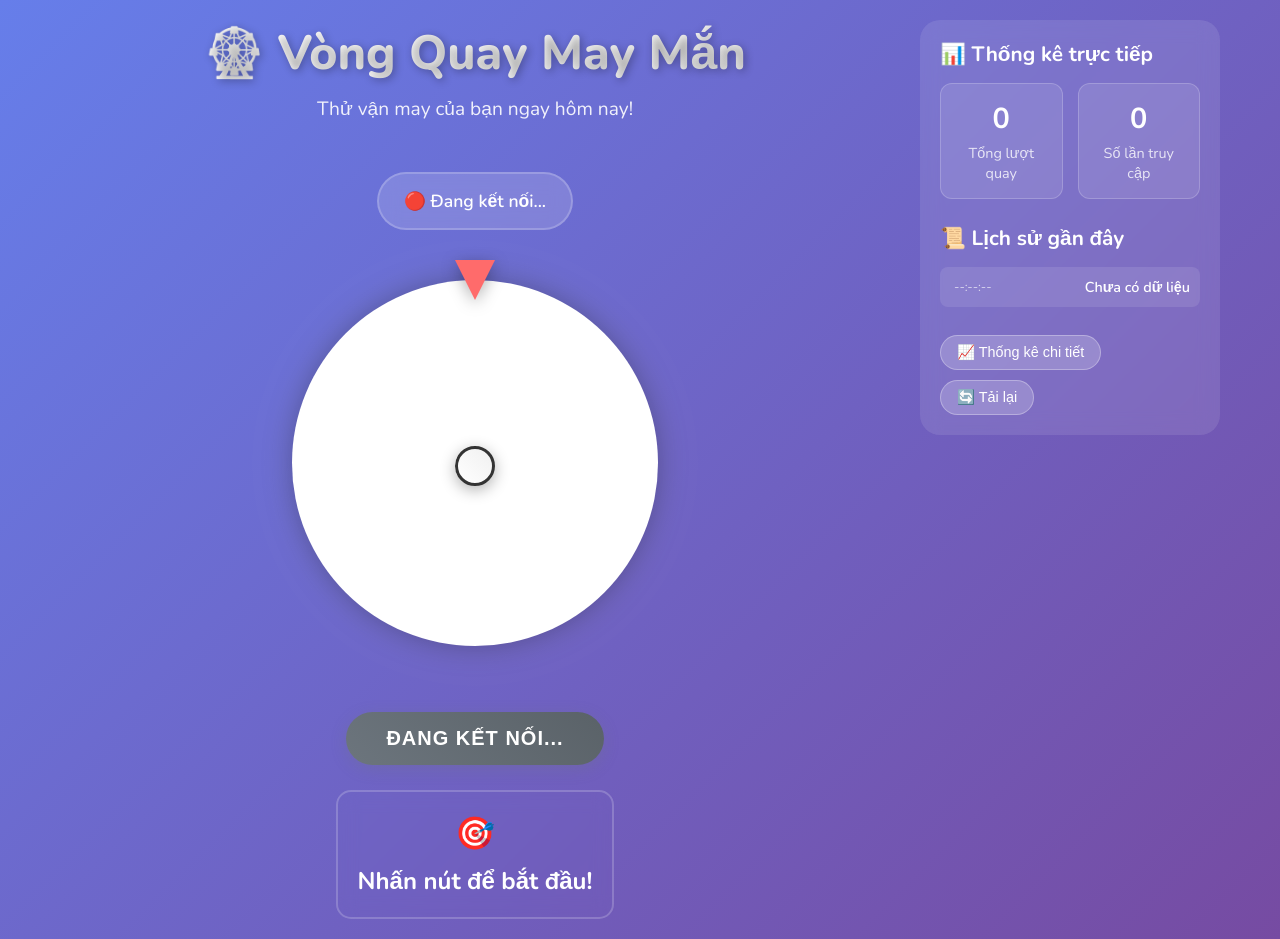
Repository: Humanoid1266/Vongquaymayman
Page: public/index.html
These files come from the project's save history. The page is drawn as it stood at one moment and after a run of saves; the edit follows.
The browser window is 1280 px wide. The pictures show the whole page.

Above is the page before, as saved 2025-06-23 16:58:00.

### public/index.html
<!DOCTYPE html>
<html lang="vi">
<head>
    <meta charset="UTF-8">
    <meta name="viewport" content="width=device-width, initial-scale=1.0">
    <title>🎡 Vòng Quay May Mắn - Lucky Wheel</title>
    <meta name="description" content="Game vòng quay may mắn online với nhiều phần thưởng hấp dẫn!">
    <link rel="preconnect" href="https://fonts.googleapis.com">
    <link rel="preconnect" href="https://fonts.gstatic.com" crossorigin>
    <link href="https://fonts.googleapis.com/css2?family=Nunito:wght@400;600;700;800&display=swap" rel="stylesheet">
    <link rel="stylesheet" href="style.css">
</head>
<body>
           <div class="container">
        <div class="main-content">
            <h1>🎡 Vòng Quay May Mắn</h1>
            <div class="subtitle">Thử vận may của bạn ngay hôm nay!</div>

            <div id="status" class="status">🔴 Đang kết nối...</div>

            <div class="wheel-container">
                <div class="wheel-pointer"></div>
                <canvas id="wheelCanvas" width="350" height="350"></canvas>
                <div class="wheel-center"></div>
            </div>

            <button id="spinButton" onclick="spinWheel()" disabled>Đang kết nối...</button>

            <div id="result" class="result">
                <div class="result-content">
                    <div class="result-icon">🎯</div>
                    <div class="result-text">Nhấn nút để bắt đầu!</div>
                </div>
            </div>
        </div>

        <div class="sidebar">
            <h3>📊 Thống kê trực tiếp</h3>
            <div class="stats-grid">
                <div class="stat-card">
                    <div id="totalSpins" class="stat-number">0</div>
                    <div class="stat-label">Tổng lượt quay</div>
                </div>
                <div class="stat-card">
                    <div id="playersOnline" class="stat-number">0</div>
                    <div class="stat-label">Số lần truy cập</div>
                </div>
            </div>

            <div class="history-section">
                <h3>📜 Lịch sử gần đây</h3>
                <div id="spinHistory" class="spin-history">
                    <div class="history-item">
                        <span class="history-time">--:--:--</span>
                        <span class="history-result">Chưa có dữ liệu</span>
                    </div>
                </div>
            </div>

            <div class="controls">
                <button class="btn-secondary" onclick="toggleStats()">📈 Thống kê chi tiết</button>
                <button class="btn-secondary" onclick="location.reload()">🔄 Tải lại</button>
            </div>
        </div>
    </div>

    <!-- Statistics Modal -->
    <div id="statsModal" class="modal">
        <div class="modal-content">
            <div class="modal-header">
                <h2>📊 Thống kê chi tiết</h2>
                <span class="close" onclick="toggleStats()">×</span>
            </div>
            <div id="statsContent">
                <p>Đang tải thống kê...</p>
            </div>
        </div>
    </div>

    <script src="/public/client.js"></script>
</body>
</html>

### public/style.css
* {
    margin: 0;
    padding: 0;
    box-sizing: border-box;
}

body {
    font-family: 'Nunito', sans-serif;
    background: linear-gradient(135deg, #667eea 0%, #764ba2 100%);
    color: white;
    min-height: 100vh;
    overflow-x: hidden;
}

.container {
    max-width: 1200px;
    margin: 0 auto;
    padding: 20px;
    display: grid;
    grid-template-columns: 1fr 300px;
    gap: 30px;
    min-height: 100vh;
}

.main-content {
    display: flex;
    flex-direction: column;
    align-items: center;
    justify-content: center;
}

.sidebar {
    background: rgba(255, 255, 255, 0.1);
    backdrop-filter: blur(10px);
    border-radius: 20px;
    padding: 20px;
    height: fit-content;
}

h1 {
    font-size: 3rem;
    font-weight: 800;
    margin-bottom: 10px;
    text-shadow: 2px 2px 8px rgba(0,0,0,0.3);
    background: linear-gradient(45deg, #fff, #f0f0f0);
    -webkit-background-clip: text;
    -webkit-text-fill-color: transparent;
    background-clip: text;
}

.subtitle {
    font-size: 1.2rem;
    opacity: 0.9;
    margin-bottom: 30px;
    text-align: center;
}

.status {
    background: rgba(255,255,255,0.15);
    padding: 15px 25px;
    border-radius: 50px;
    margin: 20px 0;
    font-size: 1.1rem;
    font-weight: 600;
    backdrop-filter: blur(10px);
    border: 2px solid rgba(255,255,255,0.2);
    transition: all 0.3s ease;
}

.status.success {
    background: rgba(40, 167, 69, 0.3);
    border-color: #28a745;
}
.status.error {
    background: rgba(220, 53, 69, 0.3);
    border-color: #dc3545;
}
.status.info {
    background: rgba(23, 162, 184, 0.3);
    border-color: #17a2b8;
}

.wheel-container {
    position: relative;
    margin: 30px 0;
}

#wheelCanvas {
    border-radius: 50%;
    box-shadow: 0 0 30px rgba(0,0,0,0.3), 0 0 60px rgba(255,255,255,0.1);
    border: 8px solid rgba(255,255,255,0.3);
    background: white;
}

.wheel-pointer {
    position: absolute;
    top: -20px;
    left: 50%;
    transform: translateX(-50%);
    width: 0;
    height: 0;
    border-left: 20px solid transparent;
    border-right: 20px solid transparent;
    border-top: 40px solid #ff6b6b;
    z-index: 5;
    filter: drop-shadow(0 4px 8px rgba(0,0,0,0.3));
}

.wheel-center {
    position: absolute;
    top: 50%;
    left: 50%;
    width: 40px;
    height: 40px;
    background: linear-gradient(45deg, #fff, #f0f0f0);
    border-radius: 50%;
    transform: translate(-50%, -50%);
    z-index: 10;
    box-shadow: 0 4px 15px rgba(0,0,0,0.3);
    border: 3px solid #333;
}

#spinButton {
    margin-top: 30px;
    padding: 15px 40px;
    font-size: 20px;
    font-weight: 700;
    cursor: pointer;
    background: linear-gradient(45deg, #28a745, #34ce57);
    color: white;
    border: none;
    border-radius: 50px;
    transition: all 0.3s ease;
    box-shadow: 0 8px 25px rgba(40, 167, 69, 0.4);
    text-transform: uppercase;
    letter-spacing: 1px;
}

#spinButton:hover:not(:disabled) {
    transform: translateY(-2px);
    box-shadow: 0 12px 35px rgba(40, 167, 69, 0.6);
    background: linear-gradient(45deg, #34ce57, #28a745);
}

#spinButton:active:not(:disabled) {
    transform: translateY(0);
}

#spinButton:disabled {
    background: linear-gradient(45deg, #6c757d, #5a6268);
    cursor: not-allowed;
    transform: none;
    box-shadow: 0 4px 15px rgba(108, 117, 125, 0.3);
}

.result {
    margin-top: 25px;
    padding: 20px;
    border-radius: 15px;
    min-height: 80px;
    display: flex;
    align-items: center;
    justify-content: center;
    backdrop-filter: blur(10px);
    border: 2px solid rgba(255,255,255,0.2);
    transition: all 0.5s ease;
}

.result.win {
    background: rgba(40, 167, 69, 0.3);
    border-color: #28a745;
    animation: pulse-win 2s ease-in-out;
}

.result.lose {
    background: rgba(220, 53, 69, 0.3);
    border-color: #dc3545;
}

.result-content {
    text-align: center;
}

.result-icon {
    font-size: 2rem;
    margin-bottom: 10px;
}

.result-text {
    font-size: 1.5rem;
    font-weight: 700;
}

.sidebar h3 {
    color: white;
    margin-bottom: 15px;
    font-size: 1.3rem;
    display: flex;
    align-items: center;
    gap: 8px;
}

.stats-grid {
    display: grid;
    grid-template-columns: 1fr 1fr;
    gap: 15px;
    margin-bottom: 25px;
}

.stat-card {
    background: rgba(255,255,255,0.1);
    padding: 15px;
    border-radius: 12px;
    text-align: center;
    border: 1px solid rgba(255,255,255,0.2);
}

.stat-number {
    font-size: 1.8rem;
    font-weight: 700;
    color: #fff;
}

.stat-label {
    font-size: 0.9rem;
    opacity: 0.8;
    margin-top: 5px;
}

.history-section {
    margin-top: 20px;
}

.spin-history {
    max-height: 300px;
    overflow-y: auto;
    margin-top: 10px;
}

.history-item {
    background: rgba(255,255,255,0.1);
    padding: 10px;
    margin-bottom: 8px;
    border-radius: 8px;
    display: flex;
    justify-content: space-between;
    align-items: center;
    font-size: 0.9rem;
    border-left: 4px solid transparent;
}

.history-item.win {
    border-left-color: #28a745;
    background: rgba(40, 167, 69, 0.2);
}

.history-item.lose {
    border-left-color: #dc3545;
    background: rgba(220, 53, 69, 0.2);
}

.history-time {
    opacity: 0.7;
    font-size: 0.8rem;
}

.history-result {
    font-weight: 600;
}

.controls {
    margin-top: 20px;
    display: flex;
    gap: 10px;
    flex-wrap: wrap;
}

.btn-secondary {
    padding: 8px 16px;
    background: rgba(255,255,255,0.2);
    border: 1px solid rgba(255,255,255,0.3);
    color: white;
    border-radius: 20px;
    cursor: pointer;
    font-size: 0.9rem;
    transition: all 0.3s ease;
}

.btn-secondary:hover {
    background: rgba(255,255,255,0.3);
    transform: translateY(-1px);
}

/* Modal Styles */
.modal {
    display: none;
    position: fixed;
    z-index: 1000;
    left: 0;
    top: 0;
    width: 100%;
    height: 100%;
    background-color: rgba(0,0,0,0.7);
    backdrop-filter: blur(5px);
}

.modal-content {
    background: linear-gradient(135deg, #667eea, #764ba2);
    margin: 5% auto;
    padding: 30px;
    border-radius: 20px;
    width: 90%;
    max-width: 600px;
    max-height: 80vh;
    overflow-y: auto;
    box-shadow: 0 20px 60px rgba(0,0,0,0.5);
}

.modal-header {
    display: flex;
    justify-content: space-between;
    align-items: center;
    margin-bottom: 20px;
}

.close {
    color: white;
    font-size: 2rem;
    font-weight: bold;
    cursor: pointer;
    transition: opacity 0.3s ease;
}

.close:hover {
    opacity: 0.7;
}

.stats-section {
    margin-bottom: 25px;
}

.stat-row {
    display: flex;
    justify-content: space-between;
    padding: 10px 0;
    border-bottom: 1px solid rgba(255,255,255,0.2);
}

.stat-row:last-child {
    border-bottom: none;
}

/* Animations */
@keyframes pulse-win {
    0%, 100% { transform: scale(1); }
    50% { transform: scale(1.05); }
}

@keyframes confetti-fall {
    0% {
        transform: translateY(-100vh) rotate(0deg);
        opacity: 1;
    }
    100% {
        transform: translateY(100vh) rotate(360deg);
        opacity: 0;
    }
}

.confetti {
    position: fixed;
    width: 10px;
    height: 10px;
    background: #ff6b6b;
    animation: confetti-fall 3s linear forwards;
    z-index: 1000;
    top: -10px;
}

/* Notifications */
.notification {
    position: fixed;
    top: 20px;
    right: 20px;
    padding: 15px 20px;
    border-radius: 10px;
    color: white;
    font-weight: 600;
    z-index: 2000;
    transform: translateX(400px);
    opacity: 0;
    transition: all 0.3s ease;
    max-width: 300px;
}

.notification.show {
    transform: translateX(0);
    opacity: 1;
}

.notification.success { background: #28a745; }
.notification.error { background: #dc3545; }
.notification.info { background: #17a2b8; }

/* Responsive Design */
@media (max-width: 768px) {
    .container {
        grid-template-columns: 1fr;
        gap: 20px;
        padding: 15px;
    }

    h1 { font-size: 2.5rem; }

    #wheelCanvas {
        width: 280px !important;
        height: 280px !important;
    }

    #spinButton {
        padding: 12px 30px;
        font-size: 18px;
    }

    .sidebar {
        order: -1;
    }

    .stats-grid {
        grid-template-columns: 1fr;
    }
}

@media (max-width: 480px) {
    h1 { font-size: 2rem; }

    #wheelCanvas {
        width: 250px !important;
        height: 250px !important;
    }

    #spinButton {
        padding: 10px 25px;
        font-size: 16px;
    }
}

/* Scrollbar Styling */
.spin-history::-webkit-scrollbar {
    width: 6px;
}

.spin-history::-webkit-scrollbar-track {
    background: rgba(255,255,255,0.1);
    border-radius: 3px;
}

.spin-history::-webkit-scrollbar-thumb {
    background: rgba(255,255,255,0.3);
    border-radius: 3px;
}

.spin-history::-webkit-scrollbar-thumb:hover {
    background: rgba(255,255,255,0.5);
}

Loaded but not shown: public/client.js (no stored copy; drawn as an empty file)

After the next 2 saves:
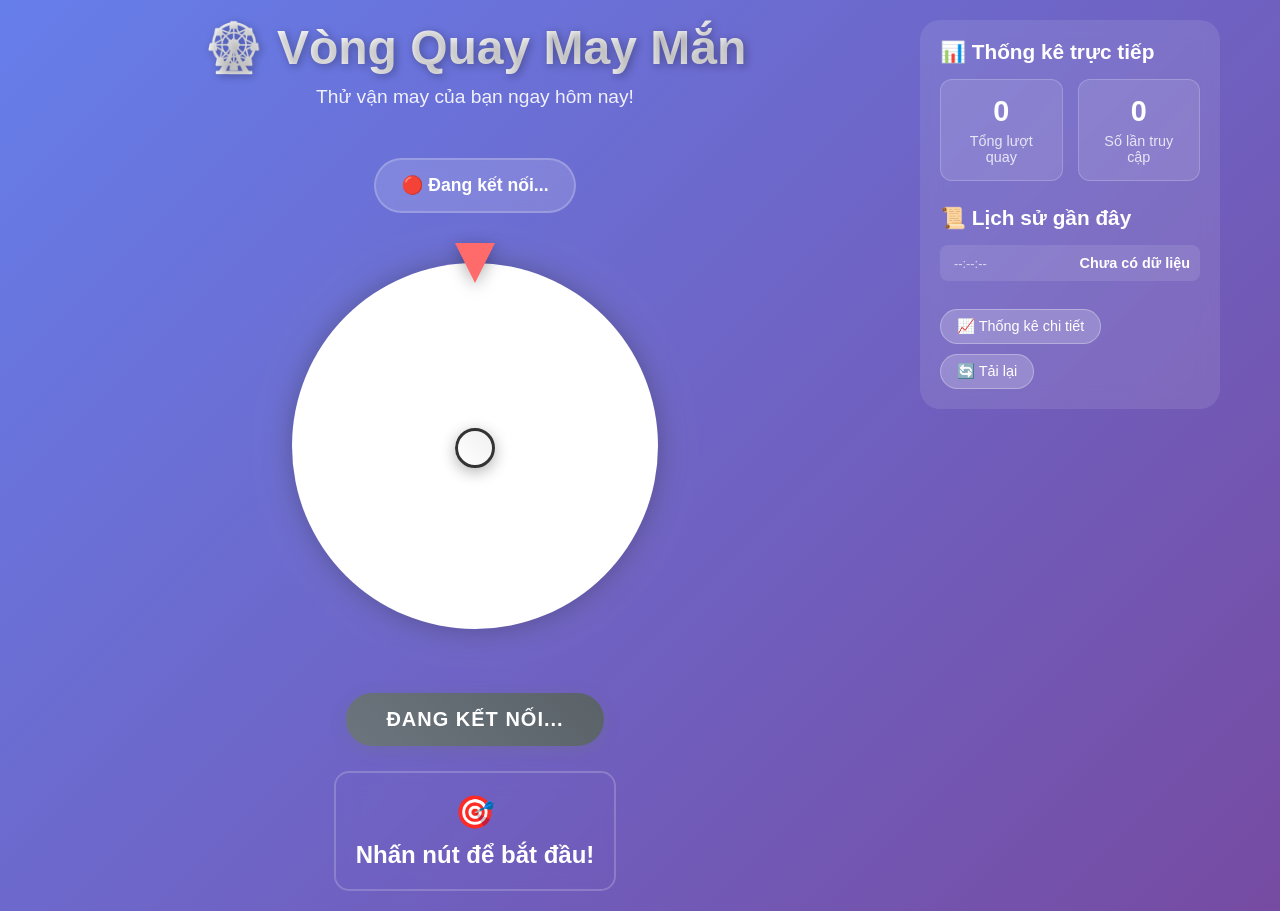
The 2 saves are shown as one change because they came seconds apart.
The last was saved 10 s later.
--- a/public/index.html
+++ b/public/index.html
@@ -7,7 +7,6 @@
     <meta name="description" content="Game vòng quay may mắn online với nhiều phần thưởng hấp dẫn!">
     <link rel="preconnect" href="https://fonts.googleapis.com">
     <link rel="preconnect" href="https://fonts.gstatic.com" crossorigin>
-    <link href="https://fonts.googleapis.com/css2?family=Nunito:wght@400;600;700;800&display=swap" rel="stylesheet">
     <link rel="stylesheet" href="style.css">
 </head>
 <body>

After the save that followed:
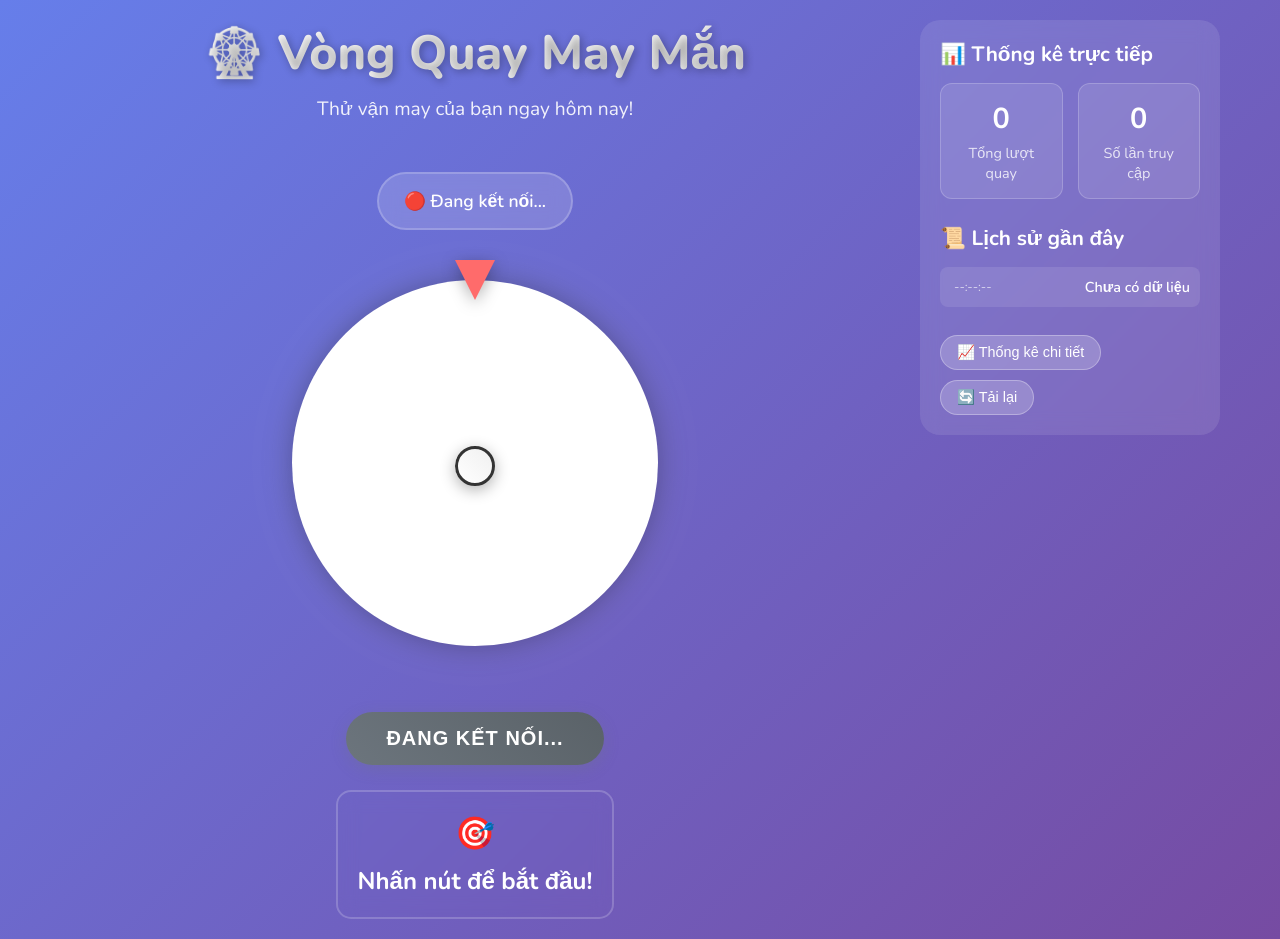
Saved 5 s later.
--- a/public/index.html
+++ b/public/index.html
@@ -7,6 +7,7 @@
     <meta name="description" content="Game vòng quay may mắn online với nhiều phần thưởng hấp dẫn!">
     <link rel="preconnect" href="https://fonts.googleapis.com">
     <link rel="preconnect" href="https://fonts.gstatic.com" crossorigin>
+    <link href="https://fonts.googleapis.com/css2?family=Nunito:wght@400;600;700;800&display=swap" rel="stylesheet">
     <link rel="stylesheet" href="style.css">
 </head>
 <body>
